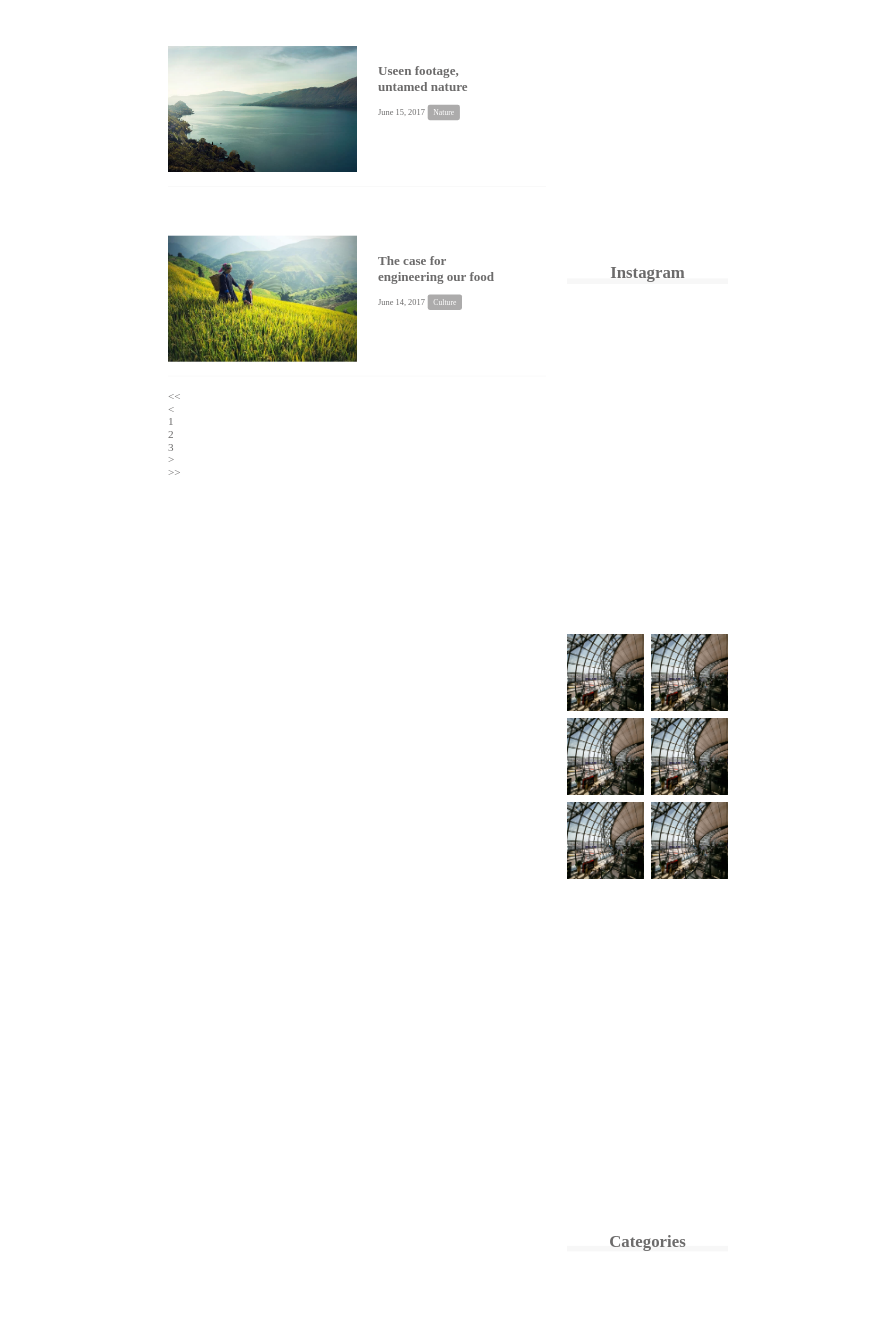
Repository: yukito7878/HTML-CSS-practice
Page: caravan/index8.html
The author's editor kept a record of every edit. The page is drawn from the files as they stood at one moment, then again after the next edit.
The browser window is 1280 px wide. The pictures show the part of the page from y = 1294 to 3214 px (the page is 4464 px tall), at 70% of full size.

Above is the page before.

### caravan/index8.html
<!DOCTYPE html>
<html lang="ja">
  <head>
    <meta charset="UTF-8" />
    <!-- CSSファイルの読み込み -->
    <link rel="stylesheet" href="style8.css" />
    <title>CARAVAN</title>
  </head>

  <body>
    <!-- header -->
    <header>
      <h1 class="heading">
        <a href="index.html">
          CARAVAN
        </a>
      </h1>
    </header>

    <!-- navigation -->
    <nav>
      <ul class="nav-list">
        <li class="nav-list-item">
          <a href="index.html">Home</a>
        </li>
        <li class="nav-list-item">About</li>
        <li class="nav-list-item">Topic</li>
      </ul>
    </nav>

    <!-- main-visual用のdiv -->
    <div class="main-visual">
      <div class="main-visual-content">
        <p class="main-visual-text">
          The world is a book<br>
          and those who do not travel<br>
          read only one page.
        </p>
        <p class="main-visual-name">
          St. Augustine
        </p>
      </div>
    </div>

    <main>
      <section class="blog">
        <h2 class="blog-heading">Recent Blogs</h2>
        <div class="blog-box">
          <div class="blog-item">
            <img class="blog-image" src="img/forest.jpg">
            <section class="blog-text">
              <h3 class="blog-text-heading">
                <a href="single.html">
                  Hopeful lessons from<br>
                  the battle to save<br>
                  rainforests
                </a>
              </h3>
              <p class="blog-date">June 19, 2017</p>
              <span class="category">Nature</span>
            </section>
          </div>
        </div>

        <div class="blog-box">
          <div class="blog-item">
            <img class="blog-image" src="img/desert.jpg">
            <section class="blog-text">
              <h3 class="blog-text-heading">
                <a href="single.html">
                  How to fight<br>
                  desertification and <br>
                  reverse climate change
                </a>
              </h3>
              <p class="blog-date">June 17, 2017</p>
              <span class="category">Nature</span>
            </section>
          </div>
        </div>

        <div class="blog-box">
          <div class="blog-item">
            <img class="blog-image" src="img/sunset.jpg">
            <section class="blog-text">
              <h3 class="blog-text-heading">
                <a href="single.html">
                  Why I'm rowling<br>
                  across the Pacific
                </a>
              </h3>
              <p class="blog-date">June 16, 2017</p>
              <span class="category">Adventure</span>
            </section>
          </div>
        </div>

        <div class="blog-box">
          <div class="blog-item">
            <img class="blog-image" src="img/lake.jpg">
            <section class="blog-text">
              <h3 class="blog-text-heading">
                <a href="single.html">
                  Useen footage,<br>
                  untamed nature
                </a>
              </h3>
              <p class="blog-date">June 15, 2017</p>
              <span class="category">Nature</span>
            </section>
          </div>
        </div>

        <div class="blog-box">
          <div class="blog-item">
            <img class="blog-image" src="img/asia.jpg">
            <section class="blog-text">
              <h3 class="blog-text-heading">
                <a href="single.html">
                  The case for <br>
                  engineering our food
                </a>
              </h3>
              <p class="blog-date">June 14, 2017</p>
              <span class="category">Culture</span>
            </section>
          </div>
        </div>
        <div class="pagination">
          <p><<</p>
          <p><</p>
          <p>1</p>
          <p>2</p>
          <p>3</p>
          <p>></p>
          <p>>></p>
        </div>
      </section>
      <div class="sidebar">
        <section class="popular">
          <h2 class="popular-heading common-heading">Popular</h2>
          <div class="sidebar-contents">
            <p class="popular=text">To solve old problems,<br>study new species</p>
            <p class="popular=text">Why Earth may someday<br>look like Mars</p>
            <p class="popular=text">What will humans look<br>like in 100 years?</p>
            <p class="popular=text">How to grow a forest<br>in your backyard</p>
            <p class="popular=text">How humans could evolve<br>to survive in space</p>
          </div>
        </section>

        <section class="instagram">
          <h2 class="instagram-heading common-heading">Instagram</h2>
          <div class="sidebar-contents">
            <div class="instagram-box"></div>
            <div class="instagram-box"></div>
            <div class="instagram-box"></div>
            <div class="instagram-box"></div>
            <div class="instagram-box"></div>
            <div class="instagram-box"></div>
          </div>
        </section>

        <section class="categories">
          <h2 class="categories-heading common-heading">Categories</h2>
          <div class="sidebar-contents">
            <p class="categories-text">Technology(15)</p>
            <p class="categories-text">Business(23)</p>
            <p class="categories-text">Entertaiment(12)</p>
            <p class="categories-text">Nature(32)</p>
            <p class="categories-text">Education(9)</p>
            <p class="categories-text">Adventure(23)</p>
            <p class="categories-text">Communication(14)</p>
          </div>
        </section>
      </div>

    </main>

    <!-- footer -->
    <footer>
      <p class="footer-text">© All rights reserved by Infratop.Inc.</p>
    </footer>
  </body>
</html>

### caravan/style8.css
/* ブラウザがそれぞれ持っているCSSをリセットするための記述 */
* {
  margin: 0;
  padding: 0;
  box-sizing: border-box;
  color: #6c6b6b;
}

a {
  text-decoration: none;
}

header {
  width: 90%; /* 横幅90% */
  padding: 15px 0;
  margin: 0 auto;
  text-align: center;
}

header .heading {
  /* headerタグ内のheadingクラスにのみ反映される */
  font-size: 32px;
}

.nav-list {
  text-align: center;
  padding: 10px 0;
  margin: 0 auto;
}

.nav-list-item {
  list-style: none;
  display: inline-block;
  margin: 0 20px;
}

.main-visual {
  width: 100%; /* 横幅いっぱい */
  height: 300px; /* 高さ300px */
  background-image: url(img/mv.jpg);
  background-size: cover; /* 縦横比を維持したまま背景領域を埋め尽くす */
  background-position: center; /* 背景画像を中央に配置 */
}

.main-visual-content {
  width: 40%; /* 横幅40% */
  height: 300px; /* 親の高さに揃える */
  background-color: rgba(0, 0, 0, 0.5); /* 背景色を半透明の黒にする */
  text-align: center; /* 文字を中央揃えにする */
  padding-top: 105px; /* 上側の内側余白で垂直方向の位置を調整 */
}

.main-visual-text {
  color: #fff; /* 文字色を白に変更 */
}

.main-visual-name {
  margin-top: 30px; /* 上側の外側の余白 */
  color: #fff; /* 文字色を白に変更 */
}

main{
  width: 800px;
  display: flex;
  justify-content: center;
  margin: 0 auto;
  padding: 70px 0;
}

.blog {
  width: 540px;
  margin-right: 30px;
}

.blog-heading{
  border-bottom: 8px solid #f7f7f7;
  text-align: center;
  line-height: 0.6;
}

.blog-box{
  padding: 50px 0 0 0 ;
}

.blog-item{
  padding-bottom: 20px;
  margin-bottom: 20px;
  border-bottom: 1px solid #f7f7f7;
  display: flex;
  justify-content: flex-start;
}

.blog-image{
  width: 50%;
  height: 180px;
  object-fit: cover;
}

.blog-text{
  padding: 25px 0 0 30px;
}

.blog-text-heading{
  padding: 0 0 15px 0;
}

.blog-date{
  font-size: 12px;
  display: inline-block;
}
.category{
  display: inline-block;
  padding: 5px 8px;
  background-color: #acabab;
  border-radius: 3px;
  color: #fff;
  font-size: 11px;
}

.sidebar {
  width: 230px;
}

footer {
  width: 100%;
  height: 120px;
  text-align: center;
  line-height: 120px;
  background-color: #848282;
}

.footer-text {
  color: #fff;
}

.category{
  display: inline-block;
  padding: 5px 8px;
  background-color: #acabab;
  border-radius: 3px;
  color: #fff;
  font-size: 11px;
}

.sidebar{
  width: 230px;
}

.common-heading{
  border-bottom: 8px solid #f7f7f7;
  text-align: center;
  line-height: 0.6;
}

.sidebar-contents{
  padding: 500px 0;
}

.popular-text, .categories-text{
  padding-bottom: 5px;
  border-bottom: 1px solid #f7f7f7;
  margin-bottom: 5px;
}

.popular-text:last-child, .categories-text:last-child{
  margin:0;
  padding: 0;
  border: none;
}

.instagram .sidebar-contents{
  display: flex;
  flex-wrap: wrap;
}

.instagram-box{
  width: 110px;
  padding-top: 110px;
  background-size: cover;
  background-position: center;
  margin-bottom: 10px;
}

.instagram-box:nth-child(odd){
  margin: 0 10px 10px 0;
}
.instagram-box:nth-child(1){
  background-image: url(img/airport.jpg)
}
.instagram-box:nth-child(2){
  background-image: url(img/airport.jpg)
}
.instagram-box:nth-child(3){
  background-image: url(img/airport.jpg)
}
.instagram-box:nth-child(4){
  background-image: url(img/airport.jpg)
}
.instagram-box:nth-child(5){
  background-image: url(img/airport.jpg)
}
.instagram-box:nth-child(6){
  background-image: url(img/airport.jpg)
}

After the next edit:
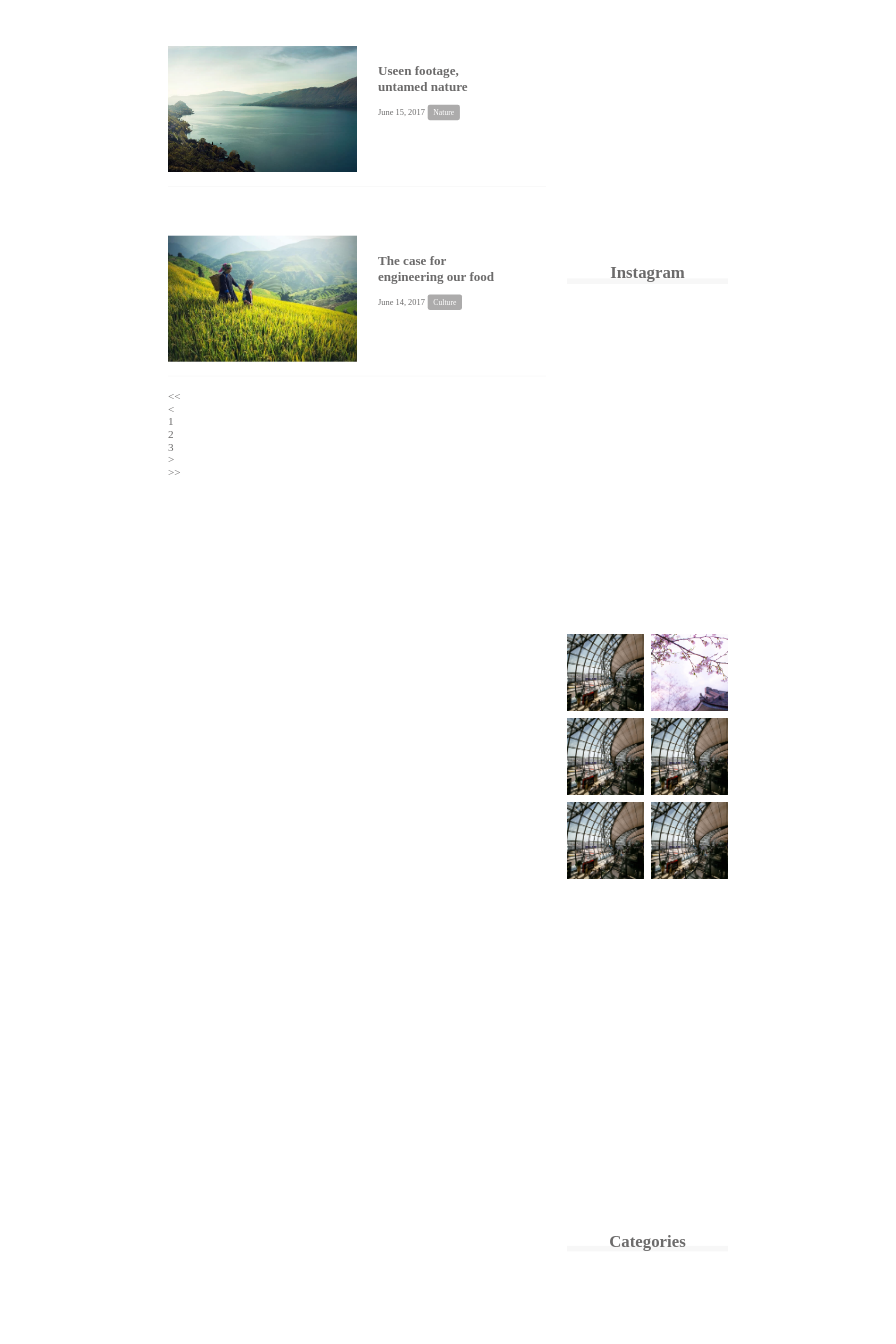
The edit:
--- a/caravan/style8.css
+++ b/caravan/style8.css
@@ -188,7 +188,7 @@
   background-image: url(img/airport.jpg)
 }
 .instagram-box:nth-child(2){
-  background-image: url(img/airport.jpg)
+  background-image: url(img/japan.jpg)
 }
 .instagram-box:nth-child(3){
   background-image: url(img/airport.jpg)
